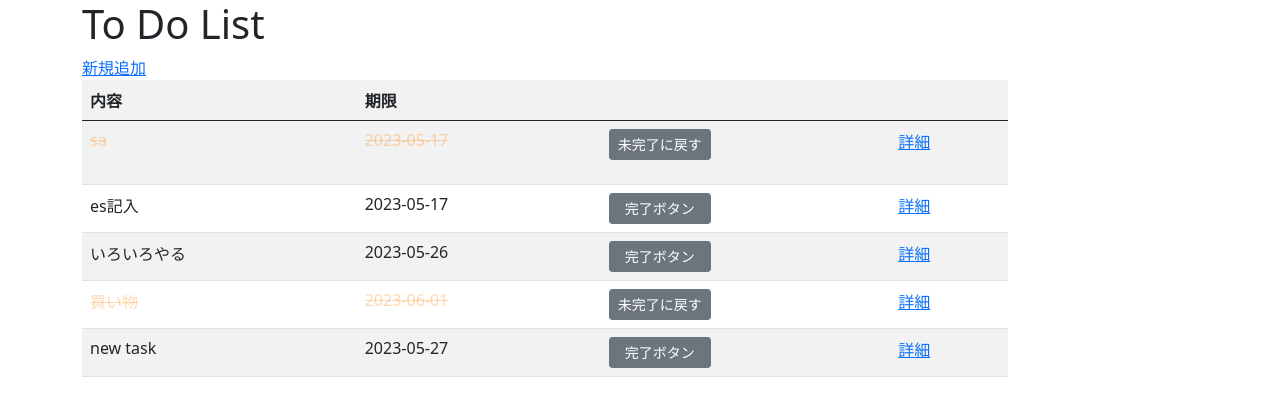
Repository: sgmtg/ToDoList
Page: http://localhost/
The author's editor kept a record of every edit. The page is drawn from the files as they stood at one moment, then again after the next edit.
The browser window is 1280 px wide. The pictures show the whole page.
The page is served by the project's application, run on Flask 3 (app.py). The page reads the database file committed with the project.

Above is the page before.

### templates/index.html
{% extends 'base.html' %}

{% block body %}
<div class="container">
  <div class="row">
    <div class="col-md-10 col-md-offset-2">
        <h1>To Do List</h1>
        <a href="/create">新規追加</a>
        <table class="table table-striped">
            </th><th>内容</th><th>期限</th><th></th><th></th></tr>
        <tbody>
        {% for post in posts %}
            <tr>
                <span>
                <td  {% if post.done %} class="done" {% endif %}>{{ post.title }}</td>
                <td  {% if post.done %} class="done" {% endif %}>{{ post.due.date() }}</td>
                </span>
                <td><form action="/change_status/{{ post.id }}">
                    <button type="submit" class="btn btn-secondary btn-sm">
                    {% if post.done %}未完了に戻す
                    {% else %}完了ボタン
                    {% endif %}
                    </button>
                    </from></td>
                <td><a href="/detail/{{ post.id }}">詳細</a></td>

            </tr>
        {% endfor %}
        </tbody>
        </table>
    </div>
  </div>
</div>
{% endblock %}

### templates/base.html
<html lang="ja">
    <head>
        <title>My To Do List</title>
        <meta charset="UTF-8">
        <meta name="viewport" content="width=device-width, initial-scale=1.0">
        <link rel="stylesheet" href="/static/css/style.css">
        <link href="https://cdn.jsdelivr.net/npm/bootstrap@5.0.2/dist/css/bootstrap.min.css" rel="stylesheet" integrity="sha384-EVSTQN3/azprG1Anm3QDgpJLIm9Nao0Yz1ztcQTwFspd3yD65VohhpuuCOmLASjC" crossorigin="anonymous">
        {% block head %}{% endblock %}
    </head>
    <body>
       {% block body %}{% endblock %}
    </body>
</html>

### app.py
from flask import Flask, request, render_template, redirect, url_for
from flask_sqlalchemy import SQLAlchemy
from datetime import datetime

app = Flask(__name__)
app.config['SQLALCHEMY_DATABASE_URI'] = 'sqlite:///todo.db'  # todo.dbという名前のdbを設定
db = SQLAlchemy(app)  # dbを生成



class Post(db.Model):
    id = db.Column(db.Integer, primary_key=True)  # 主キー
    title = db.Column(db.String(30), nullable=False)
    detail = db.Column(db.String(100))  # 空でもok
    due = db.Column(db.DateTime, nullable=False)  # 日付型を指定
    done = db.Column(db.Boolean, default=False)  # 完了かどうか



@app.route('/', methods=['GET', 'POST'])
def index():
    if request.method == 'GET':
        posts = Post.query.all()
        return render_template('index.html', posts=posts)

    else:
        title = request.form.get('title')
        detail = request.form.get('detail')
        due = request.form.get('due')

        due = datetime.strptime(due, '%Y-%m-%d')  # フォームから文字列を受け取るため日付型に変換
        new_post = Post(title=title, detail=detail, due=due)

        db.session.add(new_post)
        db.session.commit()
        return redirect('/')

@app.route('/create')
def create():
    return render_template('create.html')


@app.route('/detail/<int:id>')
def detail(id):
    post = Post.query.get(id)  # 該当するidの投稿内容を取得
    return render_template('detail.html', post=post)

@app.route('/change_status/<int:id>')
def change_status(id):
    app.logger.info(id)

    post = Post.query.get(id)
    app.logger.info(post)

    post.done = not post.done
    db.session.commit()
    return redirect('/')


# アプリケーションコンテキスト内でデータベース操作を行うための関数を作成
def create_tables():
    db.create_all()


if __name__ == "__main__":
    app.run(port=3000, debug=True)  # 8080
    create_tables()

### static/css/style.css

.done {
  text-decoration: line-through;
  color: hsla(30, 100%, 50%, .3);
}

### instance/todo.db (the tables this page reads, as SQL)
CREATE TABLE post (
	id INTEGER NOT NULL, 
	title VARCHAR(30) NOT NULL, 
	detail VARCHAR(100), 
	due DATETIME NOT NULL, 
	done BOOLEAN, 
	PRIMARY KEY (id)
);
INSERT INTO "post" VALUES
(1, 'sa', '上記の修正では、app.app_context()のコンテキストマネージャを使用してアプリケーションコンテキストを作成し、その中でdb.create_all()を実行しています。これにより、アプリケーションコンテキスト内でデータベース操作が行われます。', '2023-05-17 00:00:00.000000', 1),
(2, 'es記入', 'さまざまな Forms (フォーム) を作成するための control styles (フォームコントロールスタイル)、layout options (レイアウトオプション)、custom components (カスタムコンポ', '2023-05-17 00:00:00.000000', 0),
(3, 'いろいろやる', '', '2023-05-26 00:00:00.000000', 0),
(4, '買い物', 'ここに詳細を記入', '2023-06-01 00:00:00.000000', 1),
(5, 'new task', 'hogehoge', '2023-05-27 00:00:00.000000', 0);

After the next edit:
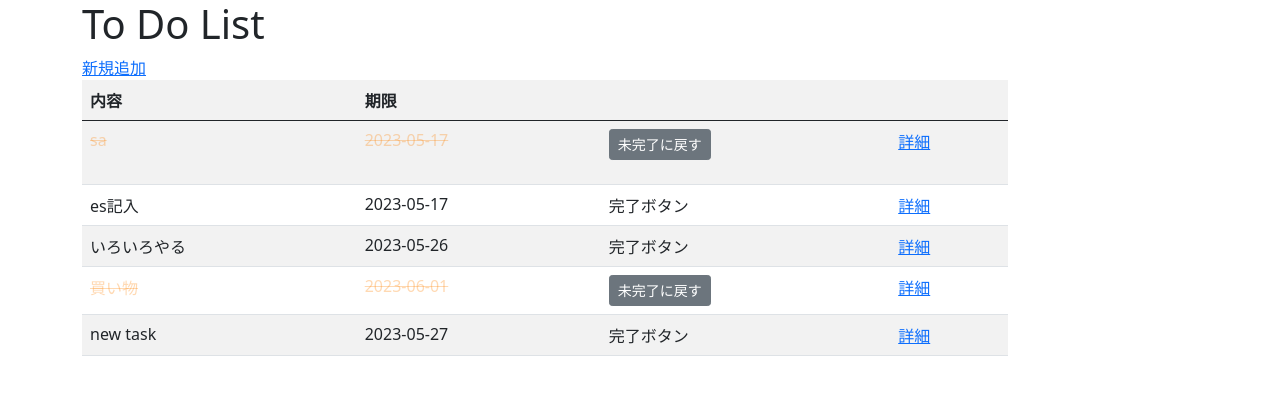
The edit:
--- a/templates/index.html
+++ b/templates/index.html
@@ -16,8 +16,8 @@
                 <td  {% if post.done %} class="done" {% endif %}>{{ post.due.date() }}</td>
                 </span>
                 <td><form action="/change_status/{{ post.id }}">
-                    <button type="submit" class="btn btn-secondary btn-sm">
-                    {% if post.done %}未完了に戻す
+
+                    {% if post.done %}<button type="submit" class="btn btn-secondary btn-sm">未完了に戻す
                     {% else %}完了ボタン
                     {% endif %}
                     </button>
